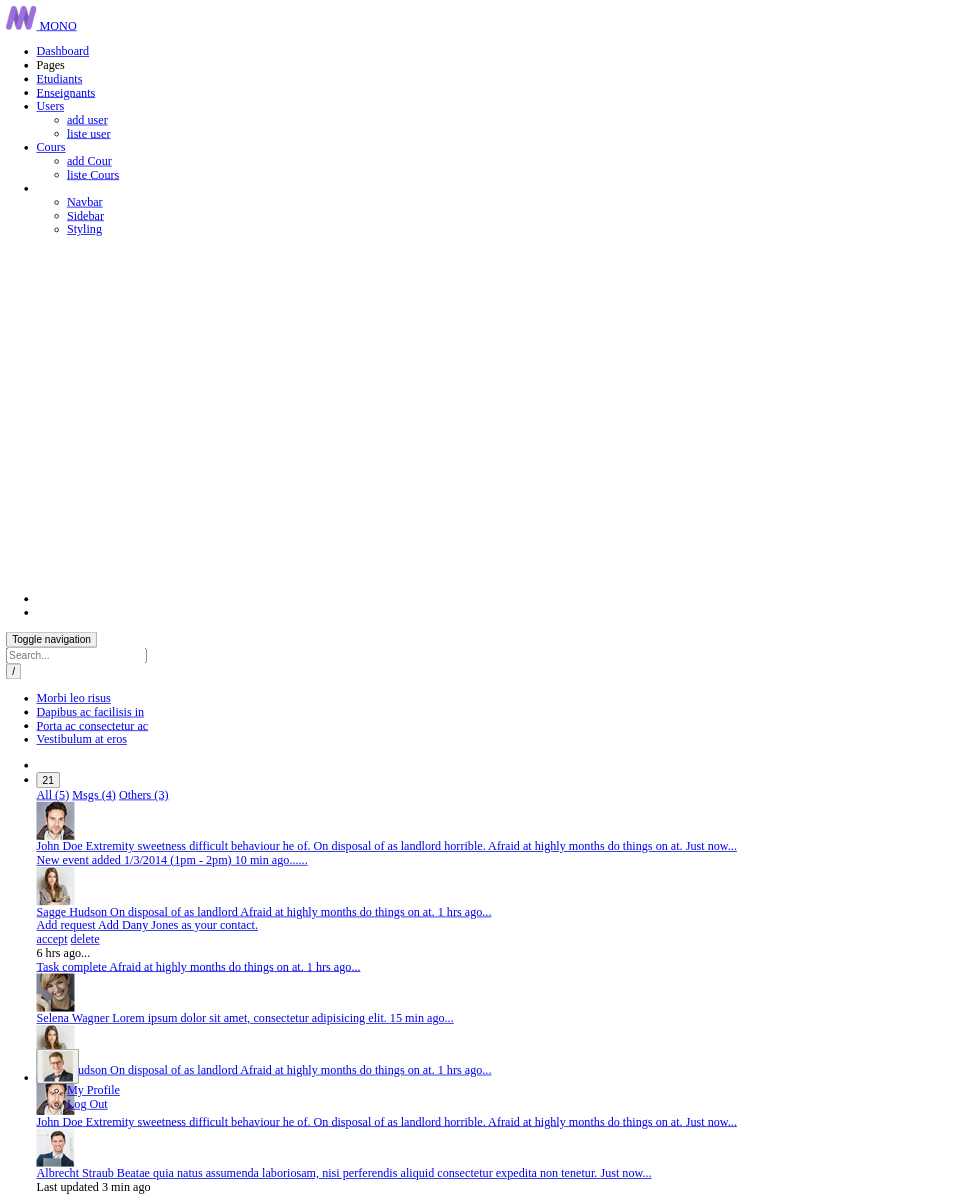
Repository: Grace-TGK/SchoolDay_Django_project
Page: templates/_partiels/nav.html
An editor plug-in stored every save of this project. The page is shown before and after the next save, followed by the edit.
The browser window is 1280 px wide. The pictures show the whole page, at 76% of full size.
The template is drawn by Django 4.2. The application's start-up code is not run. The template is opened directly, without the code that normally fills it, so the values that code supplies are empty.

Above is the page before, as saved 2023-08-22 20:21:17.
Console error: ReferenceError: NProgress is not defined

After the next save:
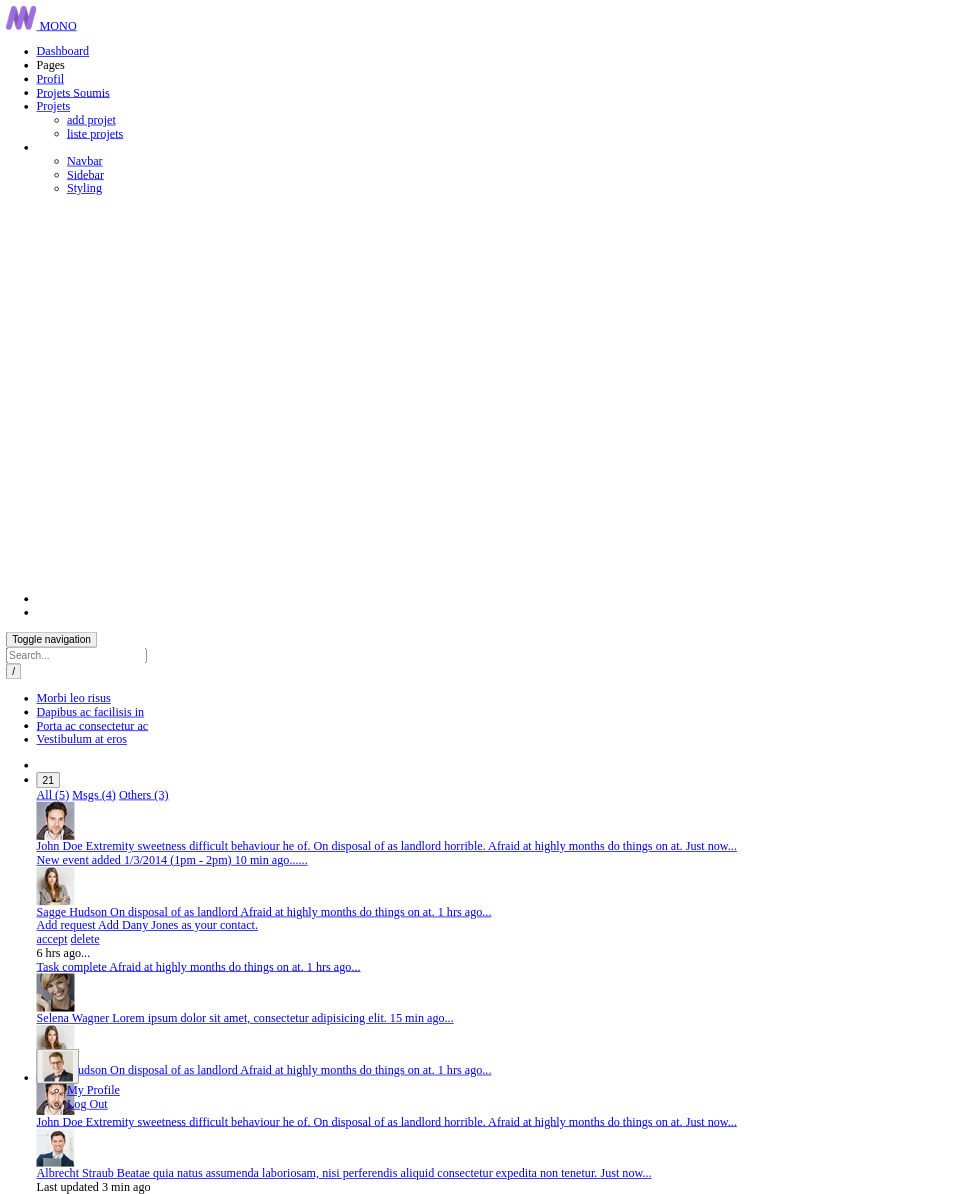
Saved 91 s later.
--- a/templates/_partiels/nav.html
+++ b/templates/_partiels/nav.html
@@ -45,16 +45,16 @@
             <li class="section-title">Pages</li>
 
             <li>
-              <a class="sidenav-item-link" href="{% url 'liste_etudiant' %}">
-                <i class="mdi mdi-wechat"></i>
-                <span class="nav-text">Etudiants</span>
+              <a class="sidenav-item-link" href="{% url 'afficher_profil' %}">
+                <i class="mdi mdi-account"></i></i>
+                <span class="nav-text">Profil</span>
               </a>
             </li>
 
             <li>
-              <a class="sidenav-item-link" href="{% url 'liste_enseignant' %}">
+              <a class="sidenav-item-link" href="{% url 'soumis' %}">
                 <i class="mdi mdi-account"></i>
-                <span class="nav-text">Enseignants</span>
+                <span class="nav-text">Projets Soumis</span>
               </a>
             </li>
 
@@ -63,19 +63,19 @@
               <a class="sidenav-item-link" href="javascript:void(0)" data-toggle="collapse" data-target="#email"
                 aria-expanded="false" aria-controls="email">
                 <i class="mdi mdi-email"></i>
-                <span class="nav-text">Users</span> <b class="caret"></b>
+                <span class="nav-text">Projets</span> <b class="caret"></b>
               </a>
               <ul class="collapse" id="email" data-parent="#sidebar-menu">
                 <div class="sub-menu">
                   <li>
-                    <a class="sidenav-item-link" href="{% url 'inscription' %}">
-                      <span class="nav-text">add user</span>
+                    <a class="sidenav-item-link" href="{% url 'ajouter_projet' %}">
+                      <span class="nav-text">add projet</span>
                     </a>
                   </li>
 
                   <li>
-                    <a class="sidenav-item-link" href="{% url 'liste_utilisateur' %}">
-                      <span class="nav-text">liste user</span>
+                    <a class="sidenav-item-link" href="{% url 'liste_projet' %}">
+                      <span class="nav-text">liste projets</span>
                     </a>
                   </li>
 
@@ -83,37 +83,7 @@
               </ul>
             </li>
 
-            <li  class="has-sub" >
-              <a class="sidenav-item-link" href="javascript:void(0)" data-toggle="collapse" data-target="#authentication"
-                aria-expanded="false" aria-controls="authentication">
-                <i class="mdi mdi-account"></i>
-                <span class="nav-text">Cours</span> <b class="caret"></b>
-              </a>
-              <ul  class="collapse"  id="authentication"
-                data-parent="#sidebar-menu">
-                <div class="sub-menu">
-
-
-
-                  <li>
-                    <a class="sidenav-item-link" href="{% url 'ajouter_cour' %}">
-                      <span class="nav-text">add Cour</span>
-                    </a>
-                  </li>
-
-                  <li>
-                    <a class="sidenav-item-link" href="{% url 'liste_cour' %}">
-                      <span class="nav-text">liste Cours</span>
-                    </a>
-                  </li>
-
-
-
-
-
-                </div>
-              </ul>
-            </li>
+
 
 
 
@@ -453,7 +423,7 @@
                       </button>
                       <ul class="dropdown-menu dropdown-menu-right">
                         <li>
-                          <a class="dropdown-link-item" href="{% static 'user-profile.html' %}">
+                          <a class="dropdown-link-item" href="{% static 'afficher_profil' %}">
                             <i class="mdi mdi-account-outline"></i>
                             <span class="nav-text">My Profile</span>
                           </a>
